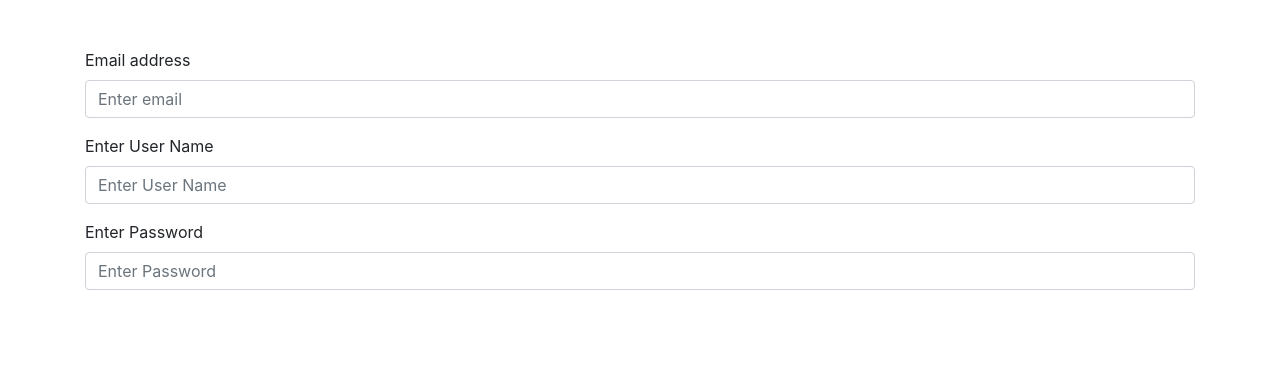
Repository: ashokthombre/Practice-projects
Page: http://localhost/springmvc/contact
An editor plug-in stored every save of this project. The page is shown before and after the next save, followed by the edit.
The browser window is 1280 px wide. The pictures show the whole page.
Some web libraries are served in a nearby version. The page is served by Tomcat 9. Other server files are loaded and not shown.

Above is the page before, as saved 2024-09-02 17:24:00.

### springmvc/src/main/webapp/WEB-INF/spring-servlet.xml
<?xml version="1.0" encoding="UTF-8"?>
<beans xmlns="http://www.springframework.org/schema/beans"
       xmlns:xsi="http://www.w3.org/2001/XMLSchema-instance"
       xmlns:context="http://www.springframework.org/schema/context"
       xmlns:p="http://www.springframework.org/schema/p"
       xmlns:util="http://www.springframework.org/schema/util"

       xsi:schemaLocation="http://www.springframework.org/schema/beans
            http://www.springframework.org/schema/beans/spring-beans.xsd
            http://www.springframework.org/schema/context
            http://www.springframework.org/schema/context/spring-context.xsd">

    <context:component-scan base-package="com.springmvc.controller"/>

    <bean class=" org.springframework.web.servlet.view.InternalResourceViewResolver" name="viewResolver">
        <property name="prefix" value="/WEB-INF/views/"/>
        <property name="suffix" value=".jsp"/>
    </bean>


</beans>

### springmvc/src/main/webapp/WEB-INF/views/contact.jsp
<!doctype html>
<html lang="en">
  <head>
    <!-- Required meta tags -->
    <meta charset="utf-8">
    <meta name="viewport" content="width=device-width, initial-scale=1, shrink-to-fit=no">

    <!-- Bootstrap CSS -->
    <link rel="stylesheet" href="https://cdn.jsdelivr.net/npm/bootstrap@4.0.0/dist/css/bootstrap.min.css" integrity="sha384-Gn5384xqQ1aoWXA+058RXPxPg6fy4IWvTNh0E263XmFcJlSAwiGgFAW/dAiS6JXm" crossorigin="anonymous">

    <title>Hello, world!</title>
  </head>
  <body>

    <div class="container mt-5">


    <form>


  <div class="form-group">
    <label for="exampleInputEmail1">Email address</label>
    <input type="email" class="form-control" id="exampleInputEmail1" aria-describedby="emailHelp" placeholder="Enter email">

  </div>

  <div class="form-group">
    <label for="exampleInputUserName">Enter User Name</label>
    <input type="text" class="form-control" id="exampleInputUserName" aria-describedby="userHelp" placeholder="Enter User Name">

  </div>

  <div class="form-group">
    <label for="exampleInputPassword">Enter Password</label>
    <input type="password" class="form-control" id="exampleInputPassword" aria-describedby="passwordHelp" placeholder="Enter Password">

  </div>
  </form>
   </div>



    <!-- Optional JavaScript -->
    <!-- jQuery first, then Popper.js, then Bootstrap JS -->
    <script src="https://code.jquery.com/jquery-3.2.1.slim.min.js" integrity="sha384-KJ3o2DKtIkvYIK3UENzmM7KCkRr/rE9/Qpg6aAZGJwFDMVNA/GpGFF93hXpG5KkN" crossorigin="anonymous"></script>
    <script src="https://cdn.jsdelivr.net/npm/popper.js@1.12.9/dist/umd/popper.min.js" integrity="sha384-ApNbgh9B+Y1QKtv3Rn7W3mgPxhU9K/ScQsAP7hUibX39j7fakFPskvXusvfa0b4Q" crossorigin="anonymous"></script>
    <script src="https://cdn.jsdelivr.net/npm/bootstrap@4.0.0/dist/js/bootstrap.min.js" integrity="sha384-JZR6Spejh4U02d8jOt6vLEHfe/JQGiRRSQQxSfFWpi1MquVdAyjUar5+76PVCmYl" crossorigin="anonymous"></script>
  </body>
</html>

### springmvc/src/main/java/com/springmvc/controller/ContactController.java
package com.springmvc.controller;

import org.springframework.stereotype.Controller;
import org.springframework.web.bind.annotation.RequestMapping;

@Controller
public class ContactController {

	@RequestMapping("/contact")
	public String showForm() {


		return "contact";
	}



}

### springmvc/src/main/java/com/springmvc/controller/HomeController.java
package com.springmvc.controller;

import org.springframework.stereotype.Controller;
import org.springframework.ui.Model;
import org.springframework.web.bind.annotation.RequestMapping;
import org.springframework.web.bind.annotation.RequestMethod;
import org.springframework.web.servlet.ModelAndView;

@Controller
public class HomeController {

    @RequestMapping("/home")
   public String home(Model model)
{
    model.addAttribute("name","Ashoka");
    System.out.println("home");
    return "index";
}


@RequestMapping(path = "/about",method = RequestMethod.GET)
public String about()
{
    System.out.println("this is about");
    return "about";
}

@RequestMapping("/help")
public ModelAndView help()
{

	ModelAndView modelAndView=new ModelAndView();
	modelAndView.addObject("name","ashoka");
	modelAndView.setViewName("help");


	return modelAndView;

}
}

After the next save:
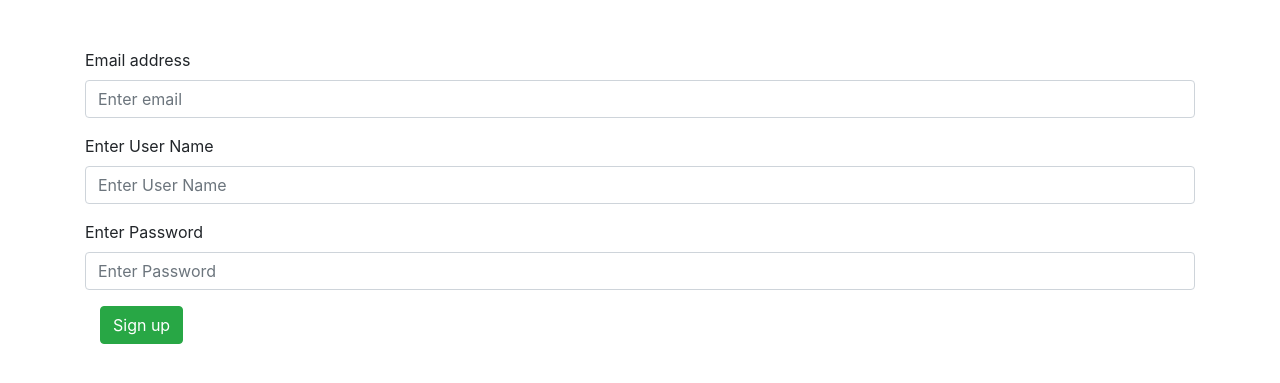
Saved 105 s later.
--- a/springmvc/src/main/webapp/WEB-INF/views/contact.jsp
+++ b/springmvc/src/main/webapp/WEB-INF/views/contact.jsp
@@ -35,6 +35,10 @@
     <input type="password" class="form-control" id="exampleInputPassword" aria-describedby="passwordHelp" placeholder="Enter Password">
 
   </div>
+
+  <diV class="container text-align-center">
+  <button type="submit" class="btn btn-success">Sign up</button>
+  </diV>
   </form>
    </div>
 
